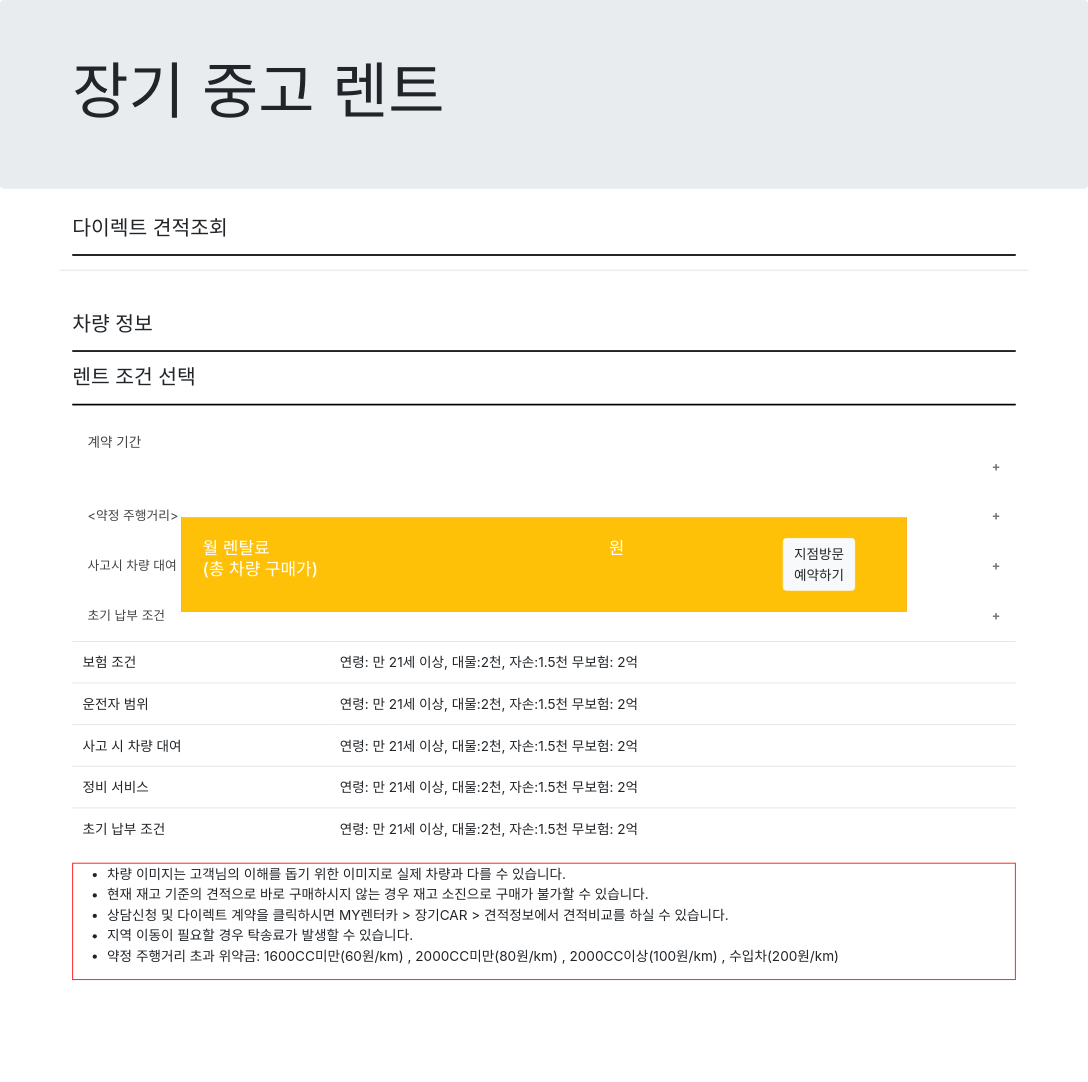
Repository: hyebinkim00/Project
Page: http://localhost/jsp/long_lent_oldcar/carLent.jsp
The author's editor kept a copy of each file at every save. The page is drawn from the files as they stood at one save, then again after the next save.
The browser window is 1280 px wide. The pictures show the whole page, at 85% of full size.
The page is served by Tomcat 9. Queries for data that is not in the repository find no rows.

Above is the page before, as saved 2020-09-23 00:59:51.

After the next save:
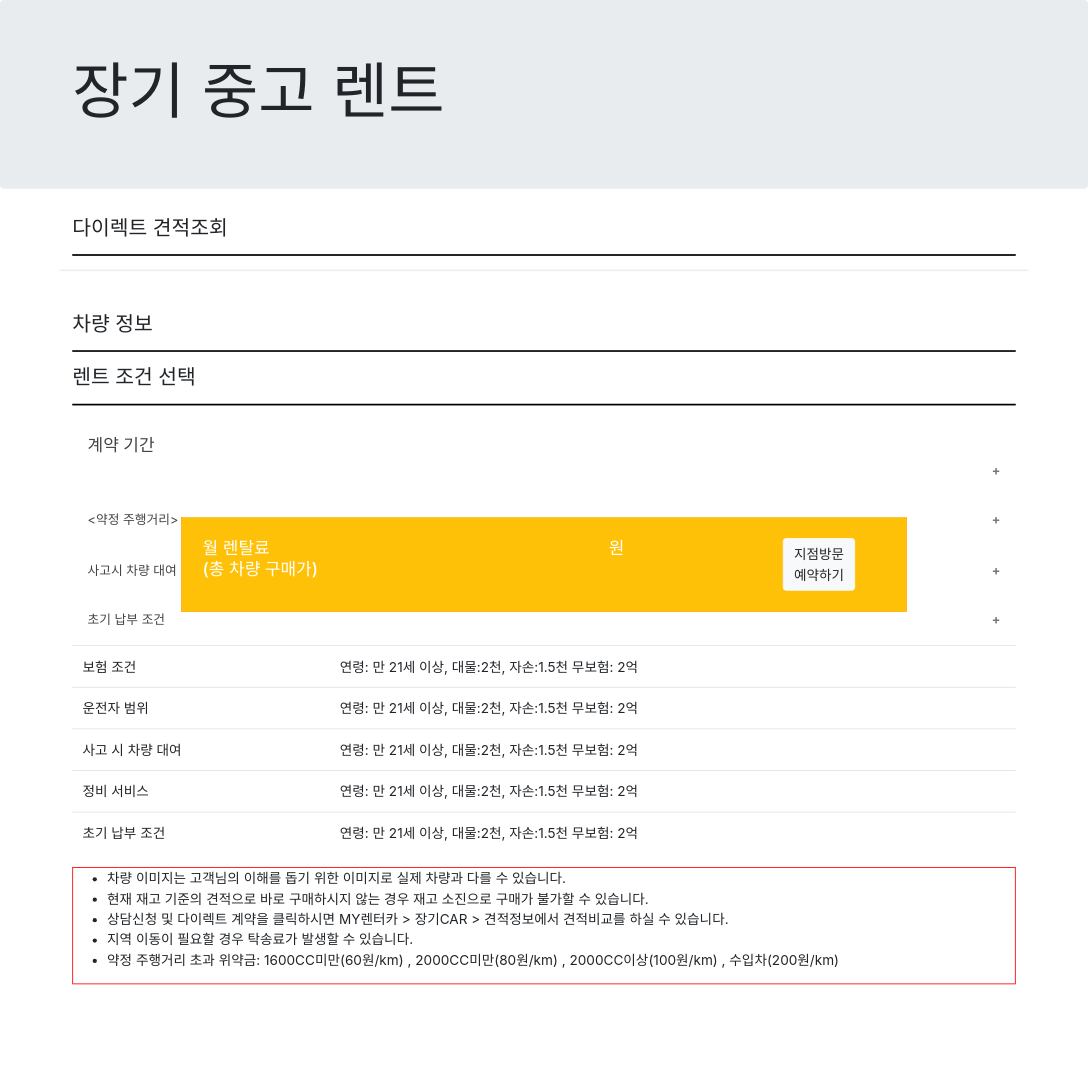
Saved 10 s later.
--- a/jsp/WebContent/long_lent_oldcar/carLent.jsp
+++ b/jsp/WebContent/long_lent_oldcar/carLent.jsp
@@ -260,7 +260,7 @@ function go(){
 <input type="hidden" id="carn" name="carn" value="${car_name}">
 <input type="hidden" id="carof" name="carof" value="${lent_office}">
 
-<button type="button" class="accordion"><h6>계약 기간</h6><span id="result1"></span></button>
+<button type="button" class="accordion"><h5>계약 기간</h5><span id="result1"></span></button>
 <div class="panel bg-light "><span class="col-sm-3"><strong><br>차량 운행할수 있는 총 대여기간:</strong></span>
 <select name="cntrTermMm1" id="cntrTermMm1" class="option01 col-sm-3" onchange="checkTest1()" >
 <c:forEach var="i" begin="1" end="${lentt}">
